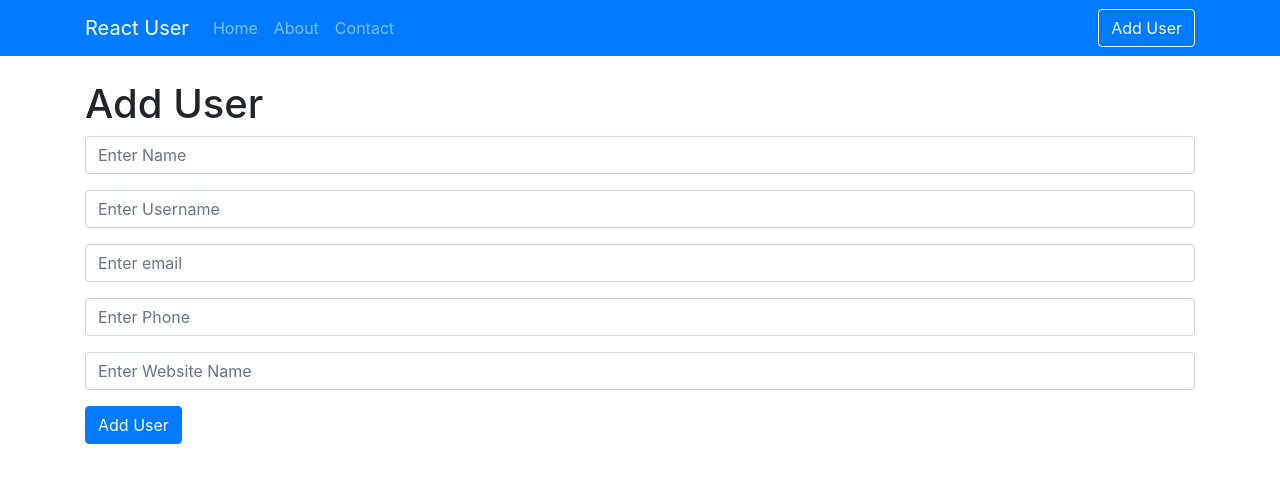
Repository: hardik2626/reactcrud2020
Page: /users/add
The author's editor kept a copy of each file at every save. The page is drawn from the files as they stood at one save, then again after the next save.
The browser window is 1280 px wide. The pictures show the whole page.
The project was rebuilt for these pictures with package versions that can differ from the ones it lists, and the page was loaded fresh each time. Also part of the build but not shown: src/index.css, src/App.css, src/component/pages/Home.js, src/component/pages/About.js, src/component/pages/Contact.js, src/component/pages/Notfound.js.

Above is the page before, as saved 2020-10-29 12:52:53.

After the next save:
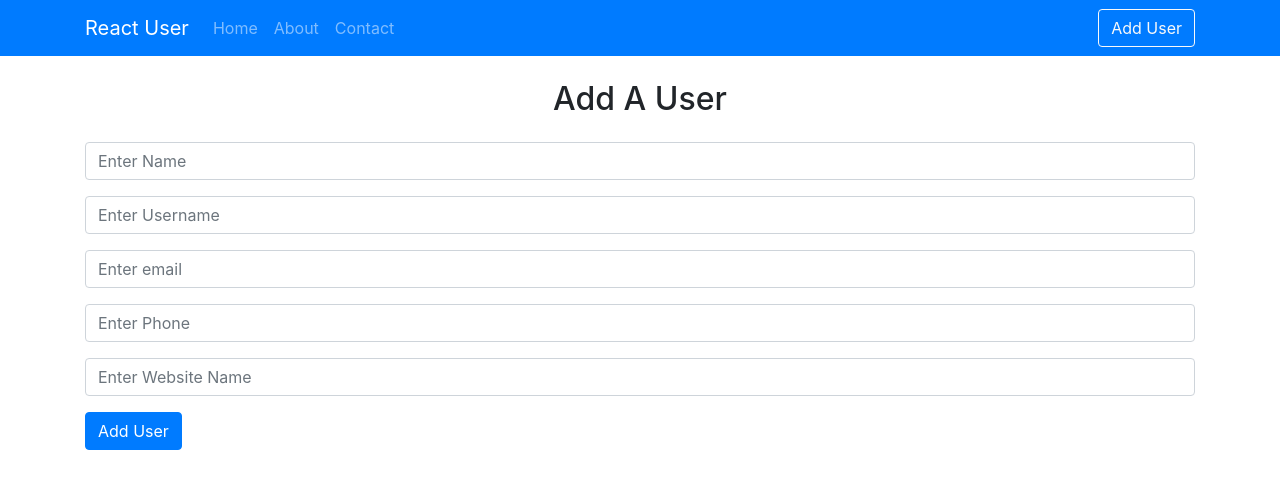
Saved 30 s later.
--- a/src/component/users/AddUser.js
+++ b/src/component/users/AddUser.js
@@ -27,7 +27,7 @@ const AddUser = () => {
     return (
         <div className="container">
                 <div className="py-4">
-                    <h1>Add User</h1>
+                <h2 className="text-center mb-4">Add A User</h2>
                     <form onSubmit={e => onSubmit(e)}>
                         <div className="form-group">
                             <input type="text" value={name} onChange={e => onInputChange(e)} className="form-control" placeholder="Enter Name" />
